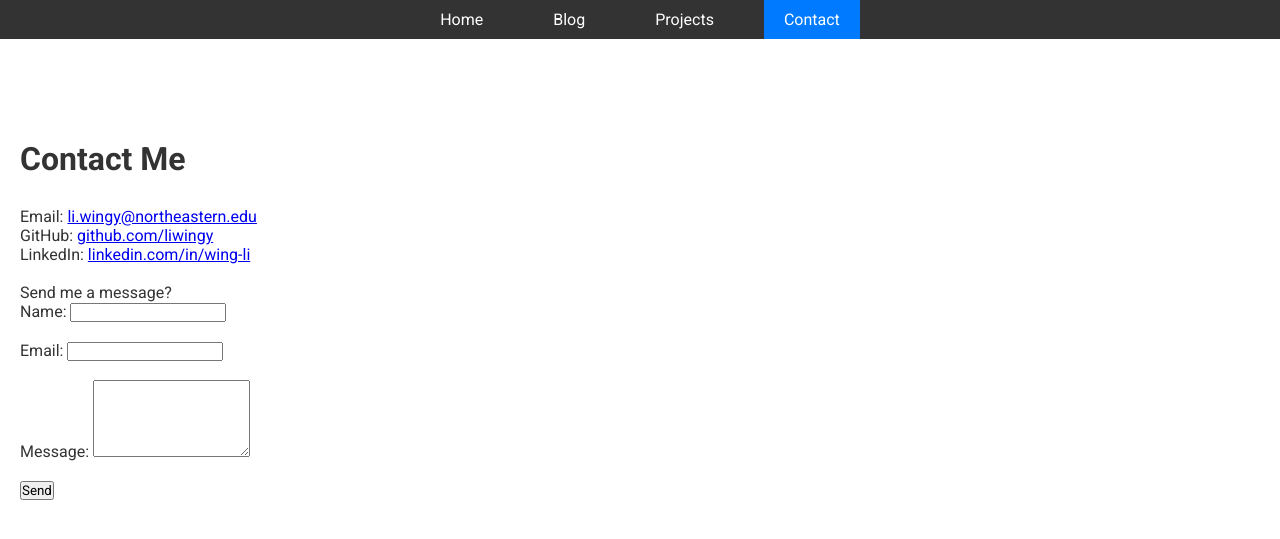
Repository: liwingy/cs5610_fall24_project1
Page: contact.html
An editor plug-in stored every save of this project. The page is shown before and after the next save, followed by the edit.
The browser window is 1280 px wide. The pictures show the whole page.

Above is the page before, as saved 2024-10-07 18:45:09.

After the next save:
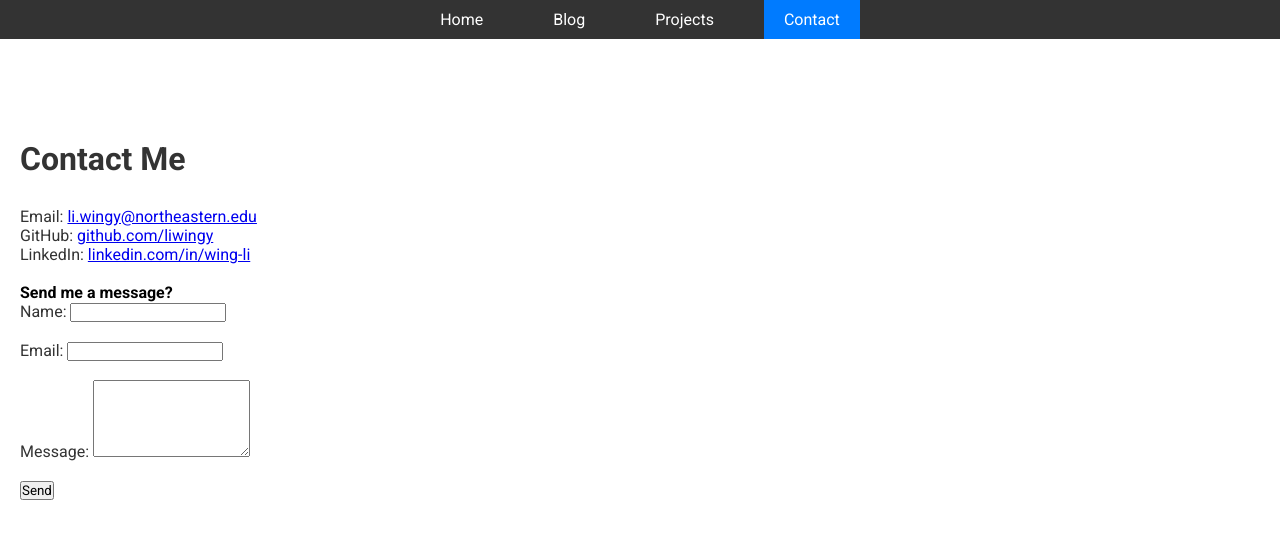
Saved 30 s later.
--- a/contact.html
+++ b/contact.html
@@ -24,7 +24,7 @@
             <p>LinkedIn: <a href="https://linkedin.com/in/wing-li" target="_blank">linkedin.com/in/wing-li</a></p>
 
             <br>
-            <span class="highlight"></span><p>Send me a message?</p></span>
+            <p></p><span class="highlight">Send me a message?</span></p>
 
             <form action="mailto:li.wingy@northeastern.edu" method="POST" enctype="text/plain">
                 <label for="name">Name:</label>
